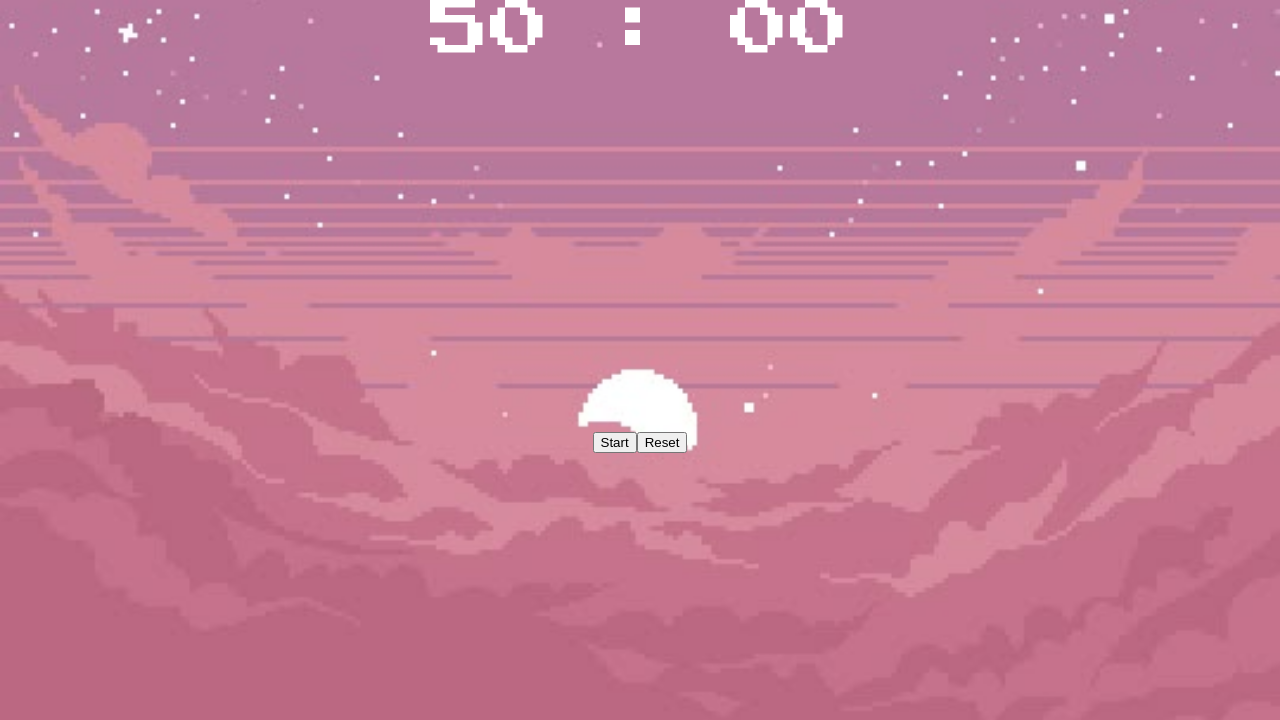
Repository: niharikapatil2306/Study-Timer
Page: index.html
An editor plug-in stored every save of this project. The page is shown before and after the next save, followed by the edit.
The browser window is 1280 px wide. The pictures show the whole page.

Above is the page before, as saved 2025-02-15 17:31:46.

After the next save:
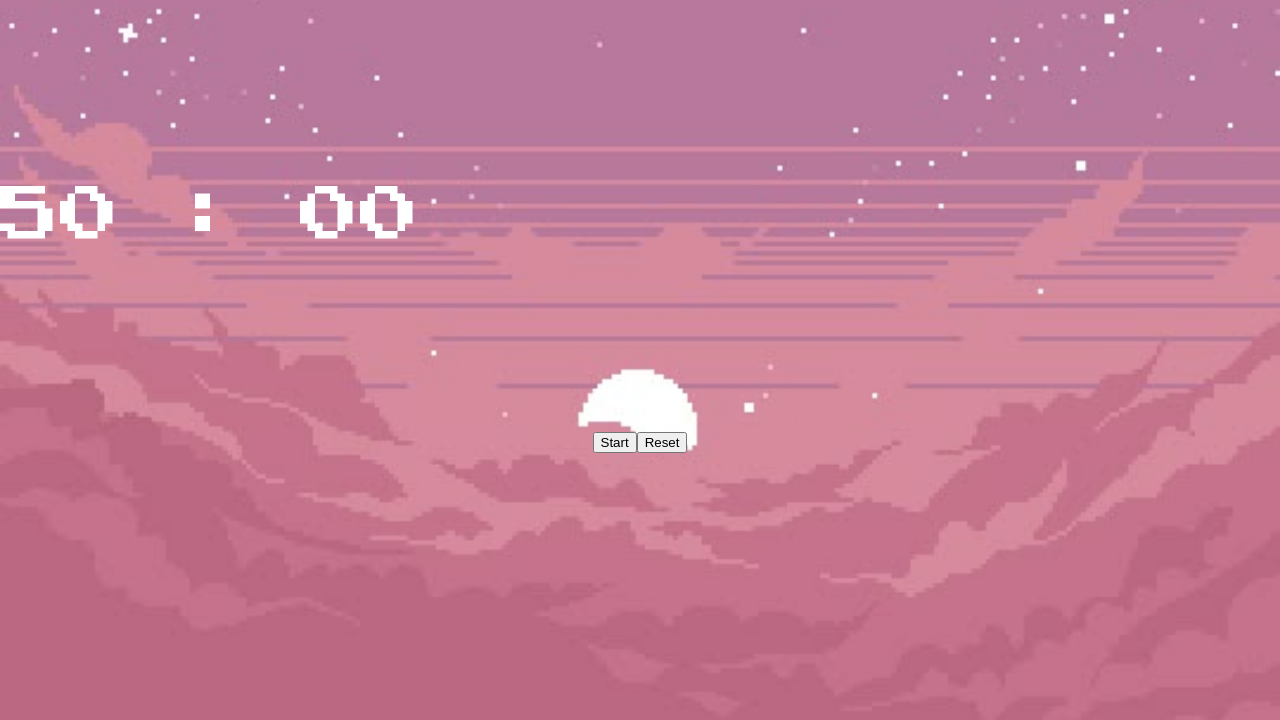
Saved 7 s later.
--- a/style.css
+++ b/style.css
@@ -10,7 +10,7 @@ body {
 }
 
 .box{
-    height: 100%;
+    width: 100%;
     background-image: url("./img/border1.png") no-repeat center center fixed;
     background-size: cover;
 }
